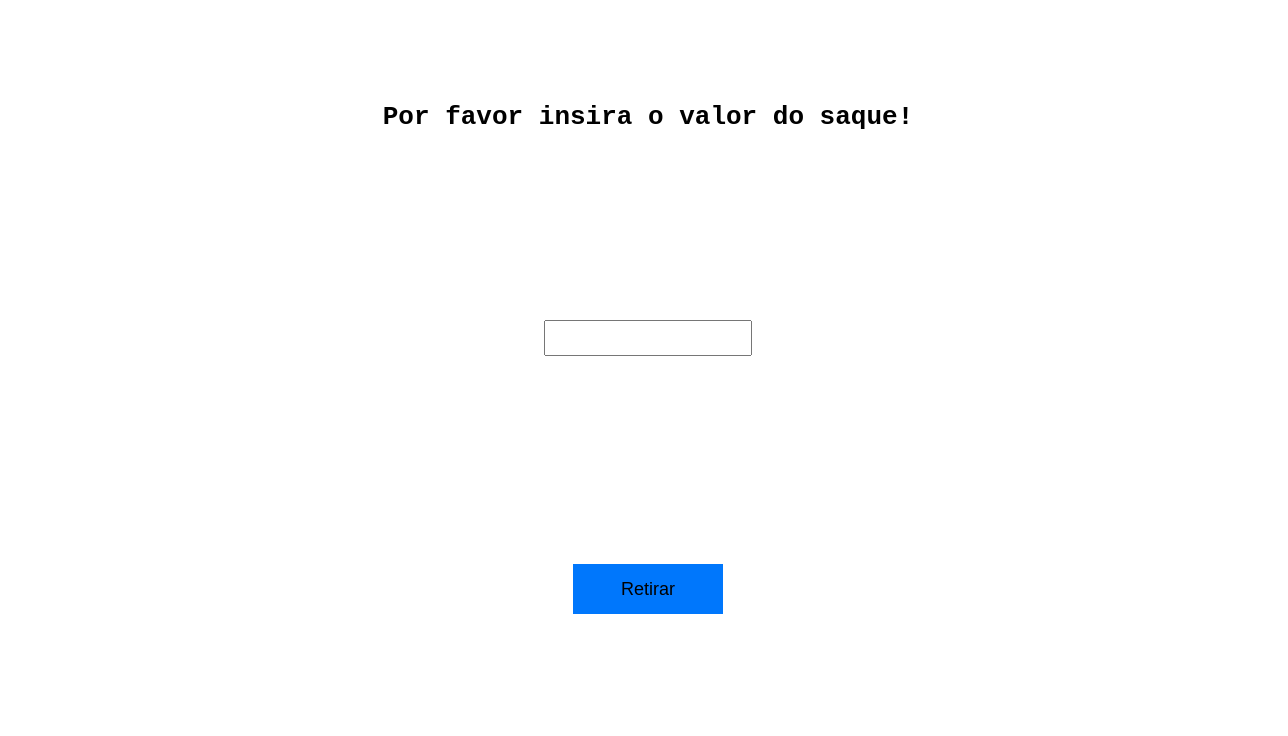
Repository: tkosudi/test-evlos
Page: index.html
An editor plug-in stored every save of this project. The page is shown before and after the next save, followed by the edit.
The browser window is 1280 px wide. The page is 1288 px wide, so the pictures cover 1288 px, including what lies to the right of the window. The pictures show the whole page.

Above is the page before, as saved 2021-09-03 11:39:13.

### index.html
<!DOCTYPE html>
<html lang="en">
  <head>
    <meta charset="UTF-8" />
    <meta http-equiv="X-UA-Compatible" content="IE=edge" />
    <meta name="viewport" content="width=device-width, initial-scale=1.0" />
    <link rel="stylesheet" href="styles.css" />
    <title>Document</title>
  </head>
  <body>
    <button id="withdraw_button">Retirar</button>
    <input type="number" id="inputData" />

    <div id="count_withdraw"></div>
  </body>
  <script src="./withdraw.js"></script>
</html>

### styles.css
body {
  height: 100vh;
  width: 100vw;
  display: flex;
  align-items: center;
  justify-content: space-around;
  flex-direction: column-reverse;
  font-family: monospace;
}

button {
  margin: 20px 0;
  width: 150px;
  height: 50px;
  font-size: large;
  background: #0077fc;
  border: none;
}

span {
  font-weight: bold;
  font-size: 26px;
  color: black;
}

input {
    width: 200px;
    height: 30px;
    background: ;
}

### withdraw.js
const bills = {
  100: 1,
  50: 3,
  20: 4,
  10: 1,
  5: 3,
  2: 12,
  1: 10,
};

let responseWithdrawBills = {
  100: 0,
  50: 0,
  20: 0,
  10: 0,
  5: 0,
  2: 0,
  1: 0,
};

const billsArray = Object.keys(bills)
  .reverse()
  .map((item) => parseInt(item));

let costumerBalance = 122.5;

const withdraw = (
  valorSaque,
  inputValue,
  withdrawBills = responseWithdrawBills
) => {
  if (inputValue <= 1) {
    return "Valor inválido! Saques à partir de R$1,00.";
  }

  if (valorSaque > costumerBalance) {
    return "Você não possui saldo para sacar este valor!";
  }

  if (valorSaque === 0) {
    const billValues = Object.keys(withdrawBills).filter((key) => {
      return withdrawBills[key] > 0;
    });

    let response = "Entregar ";
    for (let i = 0; i < billValues.length; i++) {
      response += `${withdrawBills[billValues[i]]} nota de R$${
        billValues[i]
      },00, `;
    }

    let res = response.slice(0, -2) + ".";

    for (let i = 0; i < billsArray.length; i++) {
      if (responseWithdrawBills[billsArray[i]] > 0) {
        responseWithdrawBills[billsArray[i]] = 0;
      }
    }
    return res;
  }

  for (let i = 0; i < billsArray.length; i++) {
    if (bills[billsArray[i]] > 0 && valorSaque >= billsArray[i]) {
      valorSaque -= billsArray[i];
      withdrawBills[billsArray[i]]++;
      costumerBalance -= billsArray[i];
      bills[billsArray[i]]--;
      return withdraw(valorSaque, withdrawBills);
    }
  }
};
// module.exports.withdraw = withdraw;
let response = document.getElementById("count_withdraw");
const span = document.createElement("span");
span.textContent = "Por favor insira o valor do saque!";
response.appendChild(span);

document.getElementById("withdraw_button").onclick = () => {
  document.getElementById("count_withdraw").innerHTML = "";
  let withdrawInputData = document.getElementById("inputData").value;
  span.textContent = withdraw(withdrawInputData, withdrawInputData);
  response.appendChild(span);
};

After the next save:
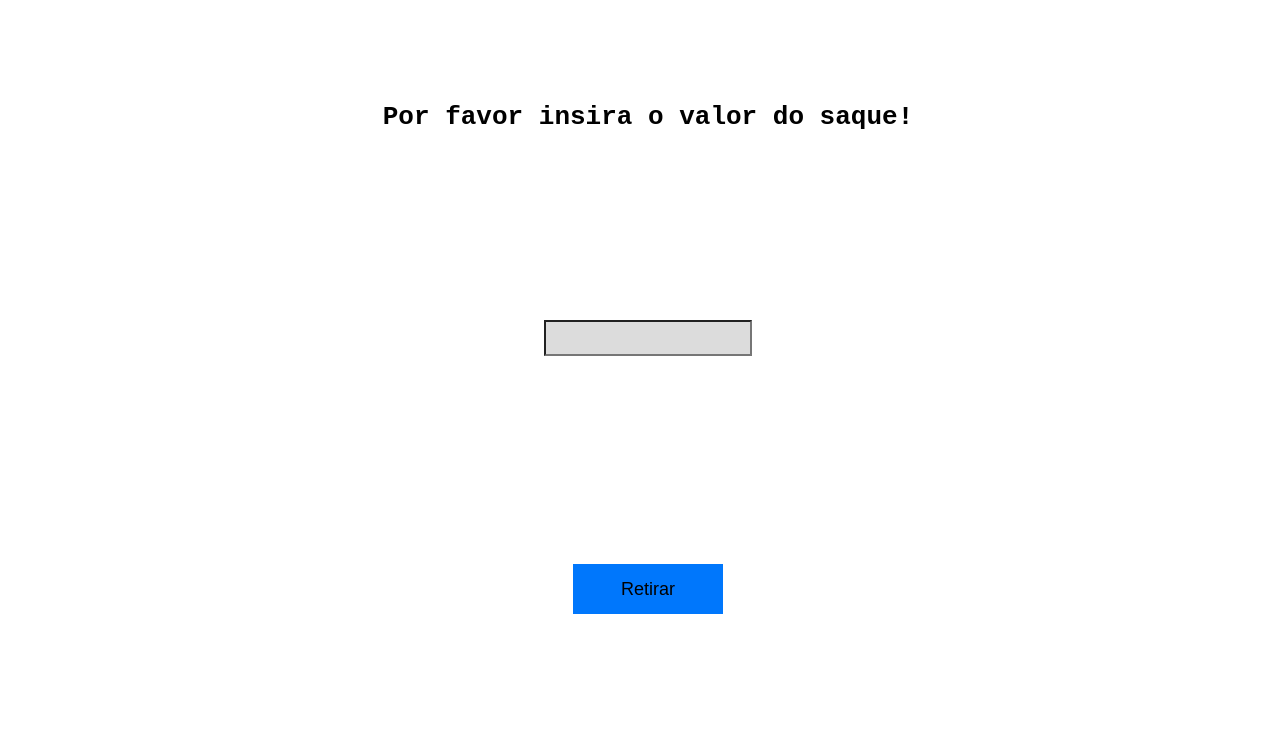
Saved 21 s later.
--- a/styles.css
+++ b/styles.css
@@ -26,5 +26,5 @@ span {
 input {
     width: 200px;
     height: 30px;
-    background: ;
+    background: #DCDCDC;
 }
